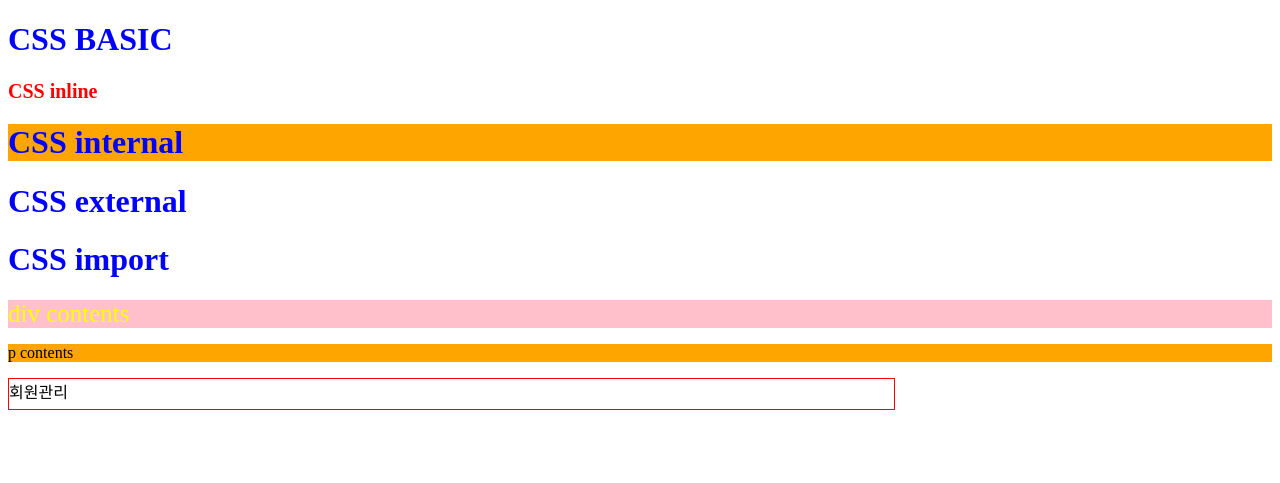
Repository: jelly02/workspace_web
Page: workspace_webui_LECTURE/04.css_basic/src/main/webapp/index.html
An editor plug-in stored every save of this project. The page is shown before and after the next save, followed by the edit.
The browser window is 1280 px wide. The pictures show the whole page.

Above is the page before, as saved 2021-06-28 01:34:48.

### workspace_webui_LECTURE/04.css_basic/src/main/webapp/index.html
<!DOCTYPE html>
<html>
<head>
<meta charset="UTF-8">
<title>CSS BASIC</title>
<!-- css : internal -->
<style type="text/css">
	h1 {
		color: blue;
	}

	.common {
		background-color: orange;
	}

	div.common {
		background-color: pink;
		font-size: 25px;
		color: yellow;
	}

	#div_title {
		border: solid 1px red;
		width: 70%;
		height: 30px;
	}
</style>

</head>
<body>
<h1 class="title">CSS BASIC</h1>
<h1 style="color: red; font-size: 20px;">CSS inline</h1>
<h1 class="common">CSS internal</h1>
<h1>CSS external</h1>
<h1>CSS import</h1>
<div class="common">div contents</div>
<p class="common">p contents</p>

<div id="div_title">회원관리</div>
</body>
</html>

After the next save:
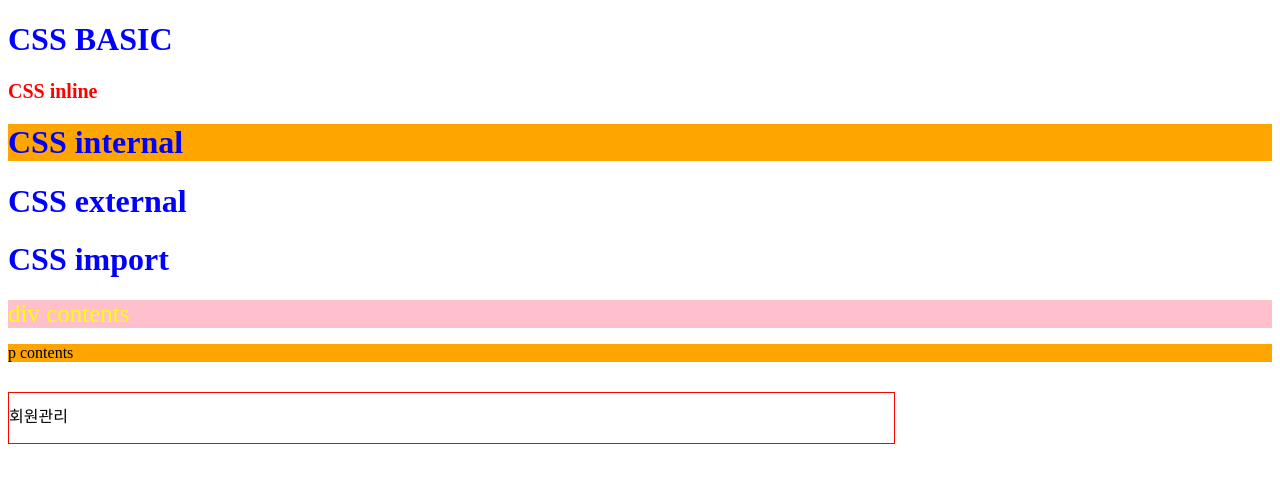
Saved 16 s later.
--- a/workspace_webui_LECTURE/04.css_basic/src/main/webapp/index.html
+++ b/workspace_webui_LECTURE/04.css_basic/src/main/webapp/index.html
@@ -23,6 +23,8 @@
 		border: solid 1px red;
 		width: 70%;
 		height: 30px;
+		padding: 10px 0;
+		margin-top: 30px;
 	}
 </style>
 
